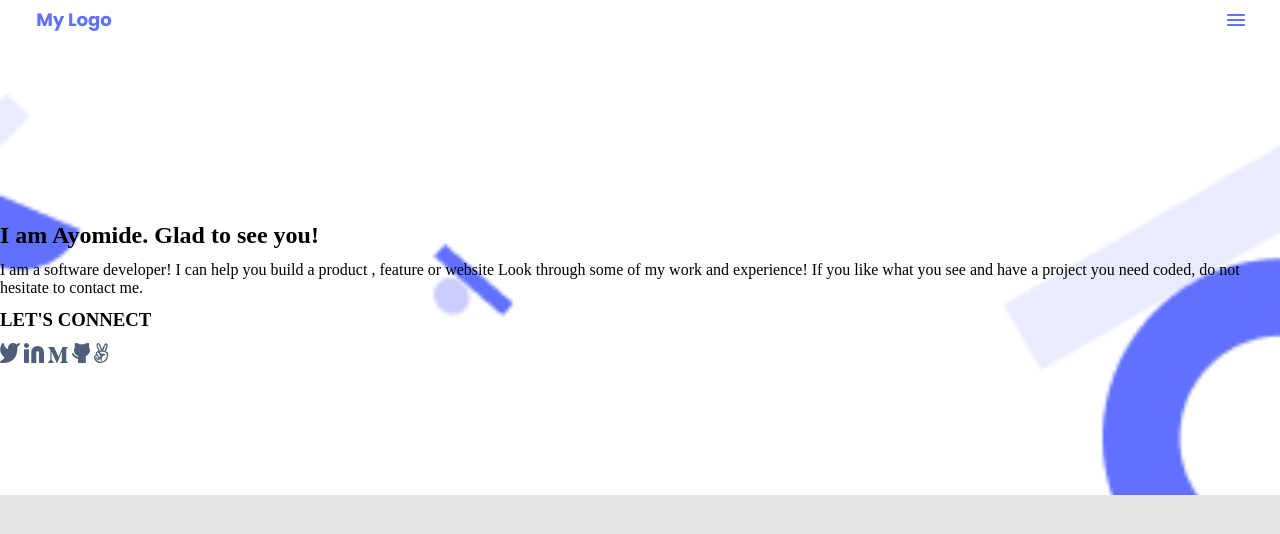
Repository: Paulinelali/potfoilo.github.io
Page: public/index.html
These files come from the project's save history. The page is drawn as it stood at one moment and after a run of saves; the edit follows.
The browser window is 1280 px wide. The pictures show the whole page.

Above is the page before, as saved 2023-03-31 00:23:25.

### public/index.html
<!DOCTYPE html>
<html lang="en">
<head>
    <meta charset="UTF-8">
    <meta http-equiv="X-UA-Compatible" content="IE=edge">
    <meta name="viewport" content="width=device-width, initial-scale=1.0">
    <link rel="preconnect" href="https://fonts.googleapis.com">
    <link rel="preconnect" href="https://fonts.gstatic.com" crossorigin>
    <link href="https://fonts.googleapis.com/css2?family=Poppins:wght@400;700&display=swap" rel="stylesheet">
    <link rel="stylesheet" href="../styles/style.css">
    <title>Ayomide S.E.P</title>
</head>
<body>
    <header class="header">
        <nav class="nav pad-aside">
            <a href="#">
                <img src="../assets/Logo Placeholder.png" alt="">
            </a>
            <a href="#"><img src="../assets/Normal Button/Tertiary/Enabled.png" alt=""></a>
        </nav>
        <section class="intro">
            <div class="introc-content">
                <h1>
                    I am Ayomide.
                Glad to see you!
                </h1>
                <p>
                    I am a software developer! I can help you build a product , feature or website   Look through some of my work and
                    experience! If you like what you see and have a project you need coded,
                    do not hesitate to contact me.
                </p>
                <h3>
                    LET'S CONNECT
                </h3>
                <div class="social-icons">
                    <img src="../assets/social icons/Vector.svg" alt="">
                    <img src="../assets/social icons/Linkedin icon.svg" alt="">
                    <img src="../assets/social icons/Vector (1).svg" alt="">
                    <img src="../assets/social icons/Vector (2).svg" alt="">
                    <img src="../assets/social icons/Vector (3).svg" alt="">
                </div>
            </div>
        </section>
    </header>
</body>
</html>

### styles/style.css
*{
  margin: 0px;
  padding: 0px;
}

body{
  background-color: #E5E5E5;
}

.pad-aside{
  padding: 0px 24px;
}

.header{
  display: flex;
  flex-direction: column;
  gap: 50px;
  /* padding: 24px; */
  background-color: white;
}
.nav{
  display: flex;
  justify-content: space-between;
}

.introc-content{
  display: flex;
  flex-direction: column;
  gap: 12px;
  padding: 128px 0px;
  background-image: url("../assets/header-shapes\ mobile.png");
  background-size: cover;

}

After the next 2 saves:
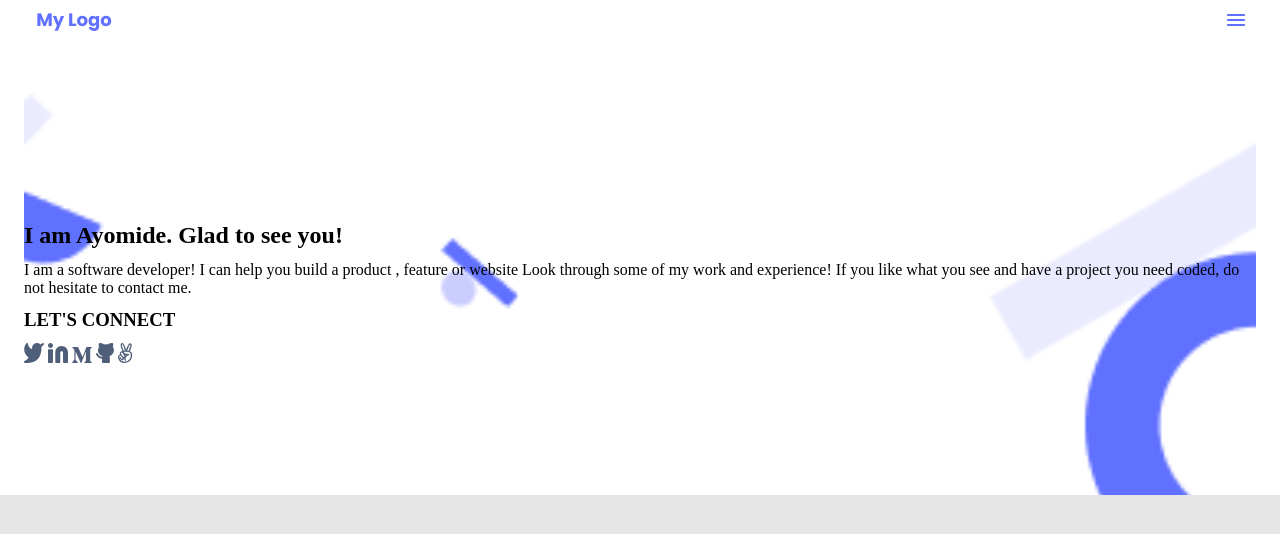
The 2 saves are shown as one change because they came seconds apart.
The last was saved 6 s later.
--- a/public/index.html
+++ b/public/index.html
@@ -18,7 +18,7 @@
             </a>
             <a href="#"><img src="../assets/Normal Button/Tertiary/Enabled.png" alt=""></a>
         </nav>
-        <section class="intro">
+        <section class="intro pad-aside">
             <div class="introc-content">
                 <h1>
                     I am Ayomide.

After the save that followed:
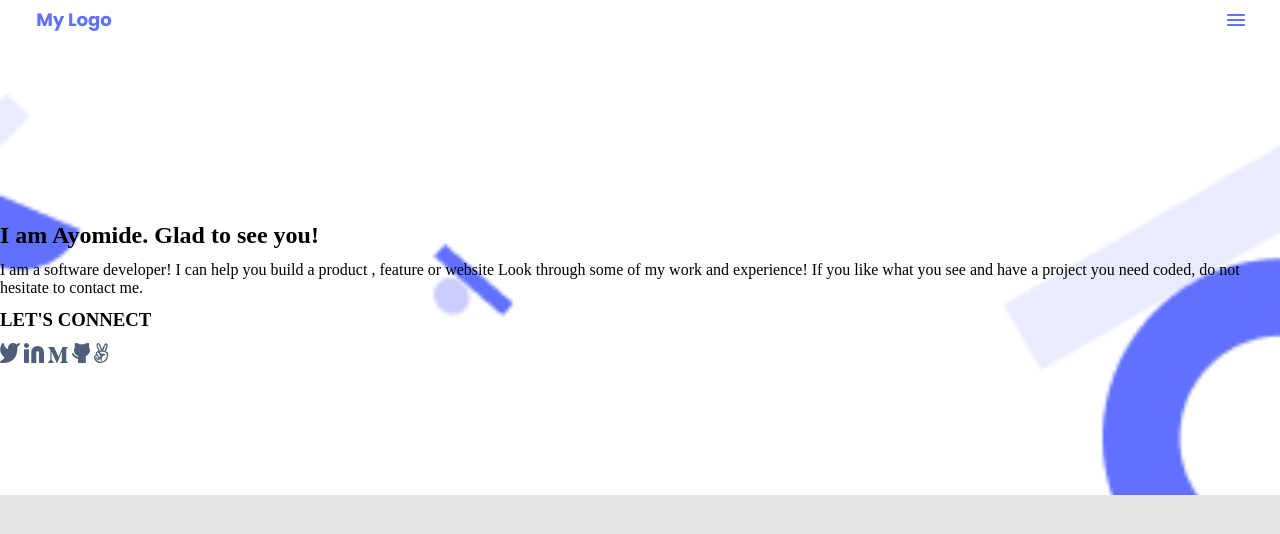
Saved 6 s later.
--- a/public/index.html
+++ b/public/index.html
@@ -18,7 +18,7 @@
             </a>
             <a href="#"><img src="../assets/Normal Button/Tertiary/Enabled.png" alt=""></a>
         </nav>
-        <section class="intro pad-aside">
+        <section class="intro">
             <div class="introc-content">
                 <h1>
                     I am Ayomide.
